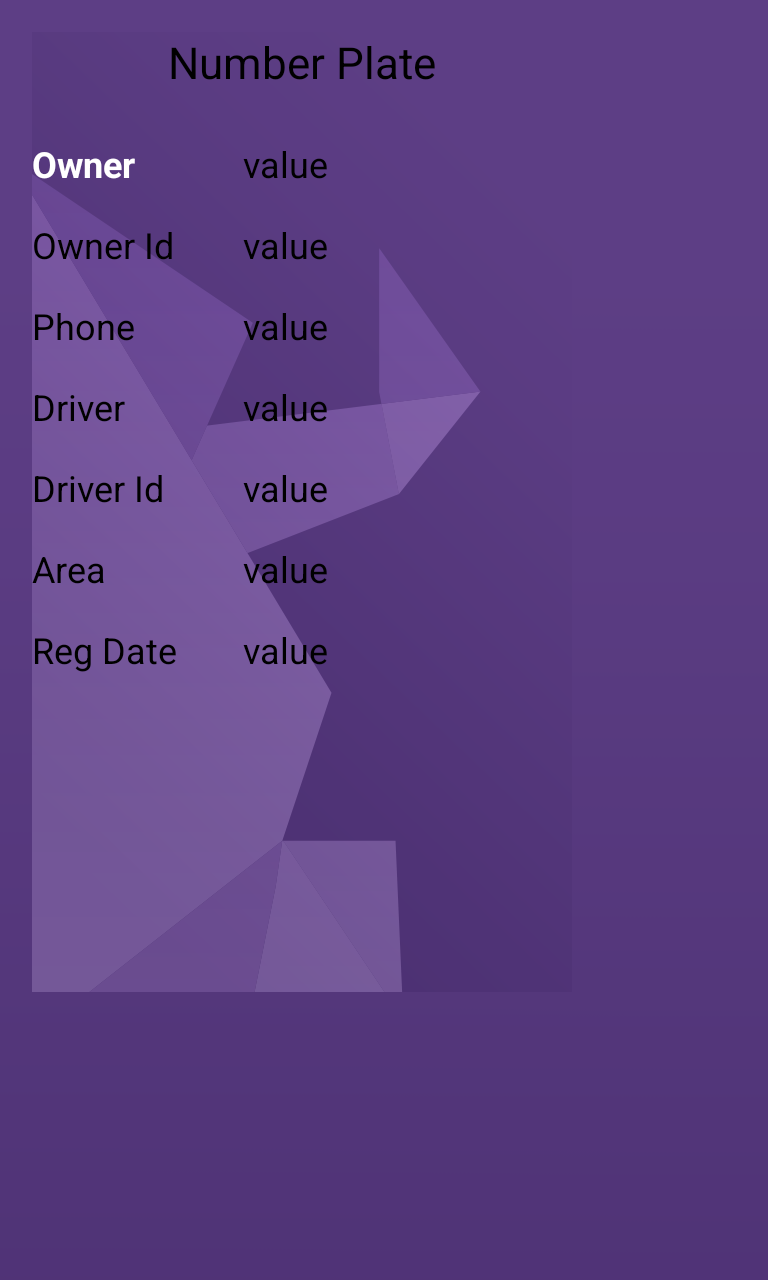
Repository: walteranyika/personal
Layout: PikiPiki/res/layout/activity_details.xml
An editor plug-in stored every save of this project. The layout is shown before and after the next save, followed by the edit.
It is drawn on a 768 x 1280 px phone screen (xhdpi) without system bars, with theme AppTheme; the app's code is not run.

Above is the layout before, as saved 2015-11-06 12:04:59.

After the next save:
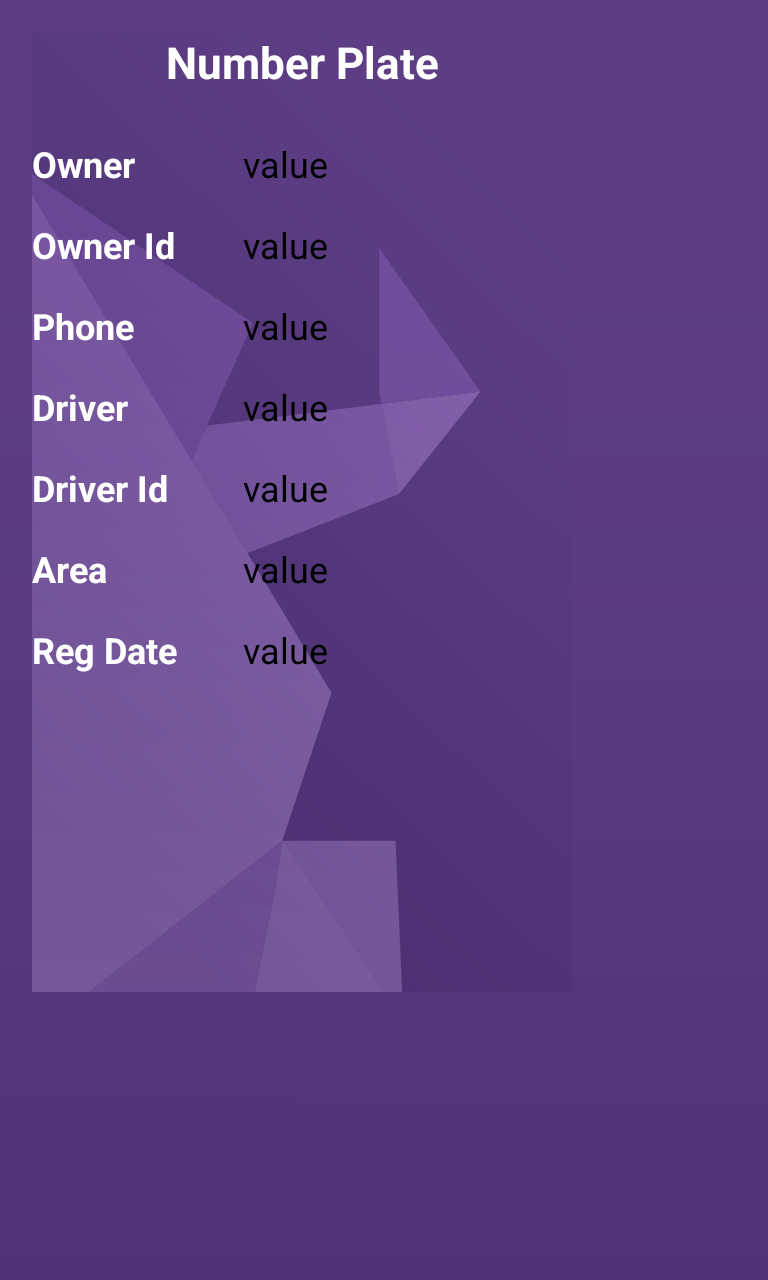
Saved 3 min 36 s later.
--- a/PikiPiki/res/layout/activity_details.xml
+++ b/PikiPiki/res/layout/activity_details.xml
@@ -2,9 +2,9 @@
     xmlns:tools="http://schemas.android.com/tools"
     android:layout_width="match_parent"
     android:layout_height="match_parent"
-    tools:context=".DetailsActivity"
     android:background="@drawable/background_fill"
-    android:padding="16dp" >
+    android:padding="16dp"
+    tools:context=".DetailsActivity" >
 
     <ImageView
         android:id="@+id/imageView1"
@@ -12,8 +12,8 @@
         android:layout_height="match_parent"
         android:layout_alignParentLeft="true"
         android:layout_alignParentTop="true"
+        android:contentDescription="@string/background_image"
         android:scaleType="fitStart"
-        android:contentDescription="@string/background_image"
         android:src="@drawable/background" />
 
     <TextView
@@ -21,10 +21,12 @@
         android:layout_width="match_parent"
         android:layout_height="wrap_content"
         android:layout_alignRight="@+id/imageView1"
-        android:text="@string/number_plate"
         android:layout_marginBottom="24dp"
         android:gravity="center_horizontal"
-        android:textAppearance="?android:attr/textAppearanceLarge" />
+        android:text="@string/number_plate"
+        android:textAppearance="?android:attr/textAppearanceLarge"
+        android:textColor="@android:color/white"
+        android:textStyle="bold" />
 
     <LinearLayout
         android:id="@+id/LinearLayout01"
@@ -40,7 +42,9 @@
             android:layout_height="wrap_content"
             android:layout_weight="0.3"
             android:text="@string/owner_id"
-            android:textAppearance="?android:attr/textAppearanceMedium" />
+            android:textAppearance="?android:attr/textAppearanceMedium"
+            android:textColor="@android:color/white"
+            android:textStyle="bold" />
 
         <TextView
             android:id="@+id/tvOwnerId"
@@ -65,7 +69,9 @@
             android:layout_height="wrap_content"
             android:layout_weight="0.3"
             android:text="@string/phone"
-            android:textAppearance="?android:attr/textAppearanceMedium" />
+            android:textAppearance="?android:attr/textAppearanceMedium"
+            android:textColor="@android:color/white"
+            android:textStyle="bold" />
 
         <TextView
             android:id="@+id/tvPhone"
@@ -90,7 +96,9 @@
             android:layout_height="wrap_content"
             android:layout_weight="0.3"
             android:text="@string/driver"
-            android:textAppearance="?android:attr/textAppearanceMedium" />
+            android:textAppearance="?android:attr/textAppearanceMedium"
+            android:textColor="@android:color/white"
+            android:textStyle="bold" />
 
         <TextView
             android:id="@+id/tvDriverName"
@@ -115,7 +123,9 @@
             android:layout_height="wrap_content"
             android:layout_weight="0.3"
             android:text="@string/driver_id"
-            android:textAppearance="?android:attr/textAppearanceMedium" />
+            android:textAppearance="?android:attr/textAppearanceMedium"
+            android:textColor="@android:color/white"
+            android:textStyle="bold" />
 
         <TextView
             android:id="@+id/tvDriverId"
@@ -132,7 +142,7 @@
         android:layout_height="wrap_content"
         android:layout_alignParentLeft="true"
         android:layout_below="@+id/LinearLayout04"
-        android:layout_marginTop="16dp">
+        android:layout_marginTop="16dp" >
 
         <TextView
             android:id="@+id/TextView09"
@@ -140,7 +150,9 @@
             android:layout_height="wrap_content"
             android:layout_weight="0.3"
             android:text="@string/area"
-            android:textAppearance="?android:attr/textAppearanceMedium" />
+            android:textAppearance="?android:attr/textAppearanceMedium"
+            android:textColor="@android:color/white"
+            android:textStyle="bold" />
 
         <TextView
             android:id="@+id/tvAreaOperation"
@@ -165,7 +177,9 @@
             android:layout_height="wrap_content"
             android:layout_weight="0.3"
             android:text="@string/reg_date"
-            android:textAppearance="?android:attr/textAppearanceMedium" />
+            android:textAppearance="?android:attr/textAppearanceMedium"
+            android:textColor="@android:color/white"
+            android:textStyle="bold" />
 
         <TextView
             android:id="@+id/tvDate"
@@ -184,14 +198,14 @@
         android:layout_below="@+id/tvRegNo" >
 
         <TextView
-            android:textColor="@android:color/white"
-            android:textStyle="bold"
             android:id="@+id/textView2"
             android:layout_width="0dp"
             android:layout_height="wrap_content"
             android:layout_weight="0.3"
             android:text="@string/owner"
-            android:textAppearance="?android:attr/textAppearanceMedium" />
+            android:textAppearance="?android:attr/textAppearanceMedium"
+            android:textColor="@android:color/white"
+            android:textStyle="bold" />
 
         <TextView
             android:id="@+id/tvOwnerName"
